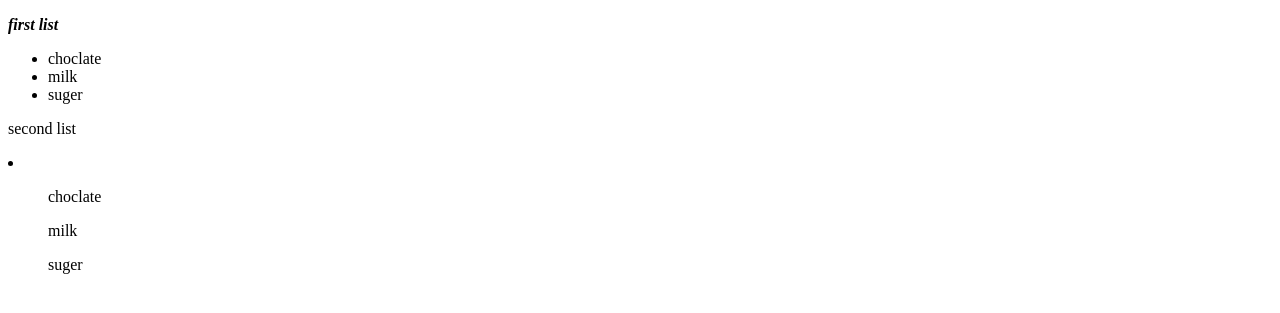
Repository: AlonHarpaz/FullStack_Bootcamp_May_2021
Page: html/week 1/2.2 - Lists/index.html
These files come from the project's save history. The page is drawn as it stood at one moment and after the next save; the edit follows.
The browser window is 1280 px wide. The pictures show the whole page.

Above is the page before, as saved 2021-05-10 19:18:49.

### html/week 1/2.2 - Lists/index.html
<!DOCTYPE html>
<html lang="en">
<head>
 <meta charset="UTF-8">
 <meta http-equiv="X-UA-Compatible" content="IE=edge">
 <meta name="viewport" content="width=device-width, initial-scale=1.0">
 <title>Document</title>
</head>
<body>

 <p><b><i>first list</i></b></p>
<ul>
 <li>choclate</li>
 <li>milk</li>
 <li>suger</li>
</ul>

<p>second list</p>
<li>
 <ul>choclate</ul>
 <ul>milk</ul>
 <ul>suger</ul>
</li>

</body>
</html>

After the next save:
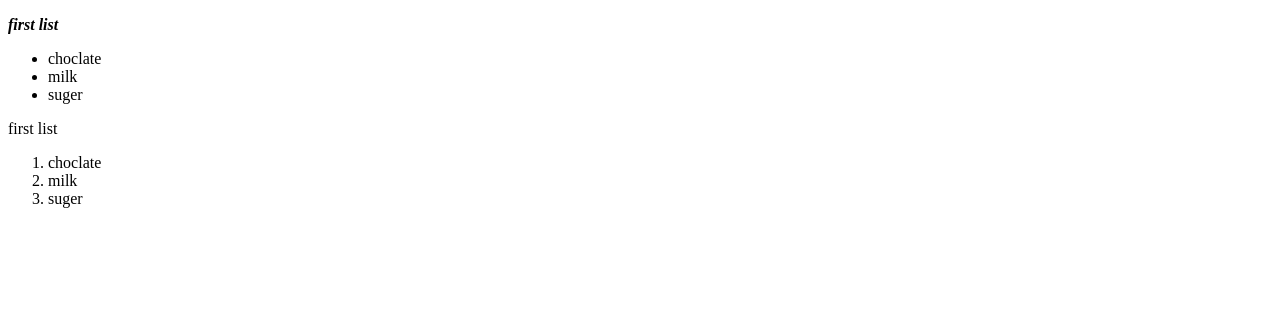
Saved 34 s later.
--- a/html/week 1/2.2 - Lists/index.html
+++ b/html/week 1/2.2 - Lists/index.html
@@ -15,12 +15,12 @@
  <li>suger</li>
 </ul>
 
-<p>second list</p>
-<li>
- <ul>choclate</ul>
- <ul>milk</ul>
- <ul>suger</ul>
-</li>
+<p>first list</p>
+<ol>
+ <li>choclate</li>
+ <li>milk</li>
+ <li>suger</li>
+</ol>
 
 </body>
 </html>
